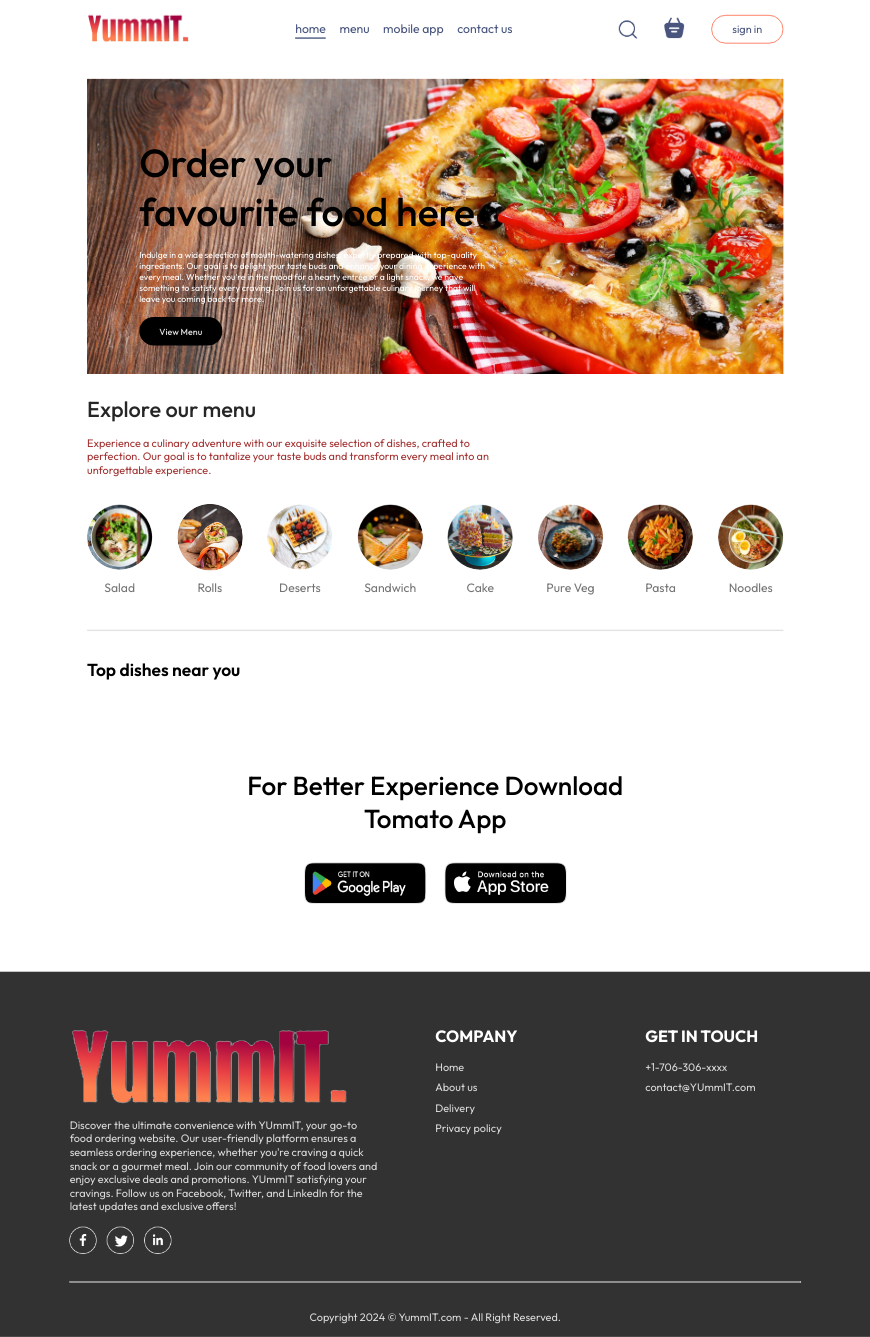
Repository: RiteshDumpala/FoodDelivery_website
Page: / (app in food-del/frontend/)
The author's editor kept a copy of each file at every save. The page is drawn from the files as they stood at one save, then again after the next save.
The browser window is 1280 px wide. The pictures show the whole page, at 68% of full size.
The page's requests for data from a server got no answer. The project was rebuilt for these pictures with package versions that can differ from the ones it lists, and the page was loaded fresh each time. No one was signed in, and anything a server would have sent is missing. Also part of the build but not shown: food-del/frontend/vite.config.js, food-del/frontend/src/components/FoodItem/FoodItem.css, food-del/frontend/src/components/FoodItem/FoodItem.jsx, food-del/frontend/src/pages/Cart/Cart.css, food-del/frontend/src/pages/Cart/Cart.jsx, food-del/frontend/src/components/LoginPopup/LoginPopup.css, food-del/frontend/src/components/LoginPopup/LoginPopup.jsx, food-del/frontend/src/pages/PlaceOrder/PlaceOrder.css and 5 more.

Above is the page before, as saved 2024-12-02 13:23:09.

### food-del/frontend/index.html
<!doctype html>
<html lang="en">
  <head>
    <meta charset="UTF-8" />
    <link rel="icon" type="image/svg+xml" href="/vite.svg" />
    <meta name="viewport" content="width=device-width, initial-scale=1.0" />
    <title>YummIT</title>
  </head>
  <body>
    <div id="root"></div>
    <script type="module" src="/src/main.jsx"></script>
  </body>
</html>

### food-del/frontend/src/Context/StoreContext.jsx
import { createContext, useEffect, useState } from "react";
import { food_list, menu_list } from "../assets/assets";
import axios from "axios";
export const StoreContext = createContext(null);

const StoreContextProvider = (props) => {

    const url = "http://localhost:4000"
    const [food_list, setFoodList] = useState([]);
    const [cartItems, setCartItems] = useState({});
    const [token, setToken] = useState("")
    const currency = "$";
    const deliveryCharge = 5;

    const addToCart = async (itemId) => {
        if (!cartItems[itemId]) {
            setCartItems((prev) => ({ ...prev, [itemId]: 1 }));
        }
        else {
            setCartItems((prev) => ({ ...prev, [itemId]: prev[itemId] + 1 }));
        }
        if (token) {
            await axios.post(url + "/api/cart/add", { itemId }, { headers: { token } });
        }
    }

    const removeFromCart = async (itemId) => {
        setCartItems((prev) => ({ ...prev, [itemId]: prev[itemId] - 1 }))
        if (token) {
            await axios.post(url + "/api/cart/remove", { itemId }, { headers: { token } });
        }
    }

    const getTotalCartAmount = () => {
        let totalAmount = 0;
        for (const item in cartItems) {
            try {
              if (cartItems[item] > 0) {
                let itemInfo = food_list.find((product) => product._id === item);
                totalAmount += itemInfo.price * cartItems[item];
            }
            } catch (error) {

            }

        }
        return totalAmount;
    }

    const fetchFoodList = async () => {
        const response = await axios.get(url + "/api/food/list");
        setFoodList(response.data.data)
    }

    const loadCartData = async (token) => {
        const response = await axios.post(url + "/api/cart/get", {}, { headers: token });
        setCartItems(response.data.cartData);
    }

    useEffect(() => {
        async function loadData() {
            await fetchFoodList();
            if (localStorage.getItem("token")) {
                setToken(localStorage.getItem("token"))
                await loadCartData({ token: localStorage.getItem("token") })
            }
        }
        loadData()
    }, [])

    const contextValue = {
        url,
        food_list,
        menu_list,
        cartItems,
        addToCart,
        removeFromCart,
        getTotalCartAmount,
        token,
        setToken,
        loadCartData,
        setCartItems,
        currency,
        deliveryCharge
    };

    return (
        <StoreContext.Provider value={contextValue}>
            {props.children}
        </StoreContext.Provider>
    )

}

export default StoreContextProvider;

### food-del/frontend/src/components/Footer/Footer.jsx
import React from 'react'
import './Footer.css'
import { assets } from '../../assets/assets'

const Footer = () => {
  return (
    <div className='footer' id='footer'>
      <div className="footer-content">
        <div className="footer-content-left">
            <img src={assets.logo} alt="" />
            <p>Discover the ultimate convenience with YUmmIT, your go-to food ordering website. Our user-friendly platform ensures a seamless ordering experience, whether you're craving a quick snack or a gourmet meal. Join our community of food lovers and enjoy exclusive deals and promotions. YUmmIT satisfying your cravings.
            Follow us on Facebook, Twitter, and LinkedIn for the latest updates and exclusive offers!
            </p>
            <div className="footer-social-icons">
                <img src={assets.facebook_icon} alt="" />
                <img src={assets.twitter_icon} alt="" />
                <img src={assets.linkedin_icon} alt="" />
            </div>
        </div>
        <div className="footer-content-center">
            <h2>COMPANY</h2>
            <ul>
                <li>Home</li>
                <li>About us</li>
                <li>Delivery</li>
                <li>Privacy policy</li>
            </ul>
        </div>
        <div className="footer-content-right">
            <h2>GET IN TOUCH</h2>
            <ul>
                <li>+1-706-306-xxxx</li>
                <li>contact@YUmmIT.com</li>
            </ul>
        </div>
      </div>
      <hr />
      <p className="footer-copyright">Copyright 2024 © YummIT.com - All Right Reserved.</p>
    </div>
  )
}

export default Footer

### food-del/frontend/src/components/Navbar/Navbar.jsx
import React, { useContext, useEffect, useState } from 'react'
import './Navbar.css'
import { assets } from '../../assets/assets'
import { Link, useNavigate } from 'react-router-dom'
import { StoreContext } from '../../Context/StoreContext'

const Navbar = ({ setShowLogin }) => {

  const [menu, setMenu] = useState("home");
  const { getTotalCartAmount, token ,setToken } = useContext(StoreContext);
  const navigate = useNavigate();

  const logout = () => {
    localStorage.removeItem("token");
    setToken("");
    navigate('/')
  }

  return (
    <div className='navbar'>
      <Link to='/'><img className='logo' src={assets.logo} alt="" /></Link>
      <ul className="navbar-menu">
        <Link to="/" onClick={() => setMenu("home")} className={`${menu === "home" ? "active" : ""}`}>home</Link>
        <a href='#explore-menu' onClick={() => setMenu("menu")} className={`${menu === "menu" ? "active" : ""}`}>menu</a>
        <a href='#app-download' onClick={() => setMenu("mob-app")} className={`${menu === "mob-app" ? "active" : ""}`}>mobile app</a>
        <a href='#footer' onClick={() => setMenu("contact")} className={`${menu === "contact" ? "active" : ""}`}>contact us</a>
      </ul>
      <div className="navbar-right">
        <img src={assets.search_icon} alt="" />
        <Link to='/cart' className='navbar-search-icon'>
          <img src={assets.basket_icon} alt="" />
          <div className={getTotalCartAmount() > 0 ? "dot" : ""}></div>
        </Link>
        {!token ? <button onClick={() => setShowLogin(true)}>sign in</button>
          : <div className='navbar-profile'>
            <img src={assets.profile_icon} alt="" />
            <ul className='navbar-profile-dropdown'>
              <li onClick={()=>navigate('/myorders')}> <img src={assets.bag_icon} alt="" /> <p>Orders</p></li>
              <hr />
              <li onClick={logout}> <img src={assets.logout_icon} alt="" /> <p>Logout</p></li>
            </ul>
          </div>
        }

      </div>
    </div>
  )
}

export default Navbar

### food-del/frontend/src/components/Header/Header.jsx
import React from 'react'
import './Header.css'

const Header = () => {
    return (
        <div className='header'>
            <div className='header-contents'>
                <h2>Order your favourite food here</h2>
                <p>Indulge in a wide selection of mouth-watering dishes, expertly prepared with top-quality ingredients. Our goal is to delight your taste buds and enhance your dining experience with every meal. Whether you're in the mood for a hearty entrée or a light snack, we have something to satisfy every craving. Join us for an unforgettable culinary journey that will leave you coming back for more.</p>
                <button>View Menu</button>
            </div>
        </div>
    )
}

export default Header

### food-del/frontend/src/components/ExploreMenu/ExploreMenu.jsx
import React, { useContext } from 'react'
import './ExploreMenu.css'
import { StoreContext } from '../../Context/StoreContext'

const ExploreMenu = ({category,setCategory}) => {

  const {menu_list} = useContext(StoreContext);

  return (
    <div className='explore-menu' id='explore-menu'>
      <h1>Explore our menu</h1>
      <p className='explore-menu-text'>Experience a culinary adventure with our exquisite selection of dishes, crafted to perfection. Our goal is to tantalize your taste buds and transform every meal into an unforgettable experience.</p>
      <div className="explore-menu-list">
        {menu_list.map((item,index)=>{
            return (
                <div onClick={()=>setCategory(prev=>prev===item.menu_name?"All":item.menu_name)} key={index} className='explore-menu-list-item'>
                    <img src={item.menu_image} className={category===item.menu_name?"active":""} alt="" />
                    <p>{item.menu_name}</p>
                </div>
            )
        })}
      </div>
      <hr />
    </div>
  )
}

export default ExploreMenu

### food-del/frontend/src/components/FoodDisplay/FoodDisplay.jsx
import React, { useContext } from 'react'
import './FoodDisplay.css'
import FoodItem from '../FoodItem/FoodItem'
import { StoreContext } from '../../Context/StoreContext'

const FoodDisplay = ({category}) => {

  const {food_list} = useContext(StoreContext);

  return (
    <div className='food-display' id='food-display'>
      <h2>Top dishes near you</h2>
      <div className='food-display-list'>
        {food_list.map((item)=>{
          if (category==="All" || category===item.category) {
            return <FoodItem key={item._id} image={item.image} name={item.name} desc={item.description} price={item.price} id={item._id}/>
          }
        })}
      </div>
    </div>
  )
}

export default FoodDisplay

### food-del/frontend/src/components/Footer/Footer.css
.footer{
    color: #D9D9D9;
    background-color: #323232;
    display: flex;
    flex-direction: column;
    align-items: center;
    gap: 20px;
    padding: 20px 8vw;
    padding-top: 80px;
}
.footer-content{
    width: 100%;
    display: grid;
    grid-template-columns: 2fr 1fr 1fr;
    gap: 80px;
}
.footer-content-left , .footer-content-center , .footer-content-right {
    display: flex;
    flex-direction: column;
    align-items: start;
    gap: 20px;
}
.footer-content-left ul li, .footer-content-center ul li, .footer-content-right ul li{
    margin-bottom: 10px;
    list-style: none;
}
.footer-content-left h2, .footer-content-center h2, .footer-content-right h2{
    color: white;
}
.footer-social-icons img{
    width: 40px;
}
.footer-social-icons{
    display: flex;
    gap: 15px;
}
.footer li{
    cursor: pointer;
}
.footer hr{
    width: 100%;
    height: 2px;
    margin: 20px 0px;
}
@media (max-width:750px) {
    .footer-content{
        display: flex;
        flex-direction: column;
        gap: 35px;
    }
    .footer-copyright{
        text-align: center;
    }
}

### food-del/frontend/src/components/Navbar/Navbar.css
.navbar {
    padding: 20px 0px;
    display: flex;
    justify-content: space-between;
    align-items: center;
}

.navbar .logo {
    width: 150px;
}

.navbar-menu {
    display: flex;
    list-style: none;
    gap: 20px;
    color: #49557E;
    font-size: 18px;
}

.navbar-menu .active {
    padding-bottom: 2px;
    border-bottom: 2px solid #49557E;
}

.navbar-right {
    display: flex;
    align-items: center;
    gap: 40px;
}

.navbar-search-icon{
position: relative;
}

.navbar-search-icon .dot{
    position: absolute;
    min-width: 10px;
    min-height: 10px;
    background-color: #FF4C24;
    border-radius: 5px;
    top: -8px;
    right: -8px;
}

.navbar-right button {
    background: transparent;
    font-size: 16px;
    color: #49557E;
    border: 1px solid #FF4C24;
    padding: 10px 30px;
    border-radius: 50px;
    cursor: pointer;
    transition: 0.3s;
}

.navbar-right button:hover {
    background: #fff4f2;
}

.navbar-profile{
    position: relative;

}
.navbar-profile-dropdown{
    position: absolute;
    display: none;
    right: 0;
    z-index: 1;
}
.navbar-profile-dropdown li{
    display: flex;
    align-items: center;
    gap: 10px;
    cursor: pointer;
}
.navbar-profile-dropdown img{
    width: 20px;
}
.navbar-profile-dropdown li:hover{
    color: #FF4C24;
}
.navbar-profile:hover .navbar-profile-dropdown{
    display: flex;
    flex-direction: column;
    gap: 10px;
    background-color: #fff2ef;
    padding: 12px 25px;
    border-radius: 4px;
    border: 1px solid tomato;
    outline: 2px solid white;
    list-style: none;
}
.navbar-profile hr{
    background-color: gray;
    height: 1px;
    border: none;
}
@media (max-width:1050px) {
    .navbar .logo {
        width: 140px;
    }

    .navbar-menu {
        gap: 20px;
        font-size: 17px;
    }

    .navbar-right {
        gap: 30px;
    }

    .navbar-right img {
        width: 22px;
    }

    .navbar-right button {
        padding: 8px 25px;
    }
}

@media (max-width:900px) {
    .navbar .logo {
        width: 120px;
    }

    .navbar-menu {
        gap: 15px;
        font-size: 16px;
    }

    .navbar-right {
        gap: 20px;
    }

    .navbar-right img {
        width: 20px;
    }

    .navbar-right button {
        font-size: 15px;
        padding: 7px 20px;
    }
}

@media (max-width:750px) {
    .navbar-menu {
        display: none;
    }
}

### food-del/frontend/src/components/Header/Header.css
.header{
    height: 34vw;
    margin: 30px auto;
    background: url('/header_img.png') no-repeat;
    background-size:contain;
    position: relative;
}
.header-contents{
    position: absolute;
    display: flex;
    flex-direction: column;
    align-items: start;
    gap: 1.5vw;
    max-width: 50%;
    bottom: 10%;
    left: 6vw;
    animation: fadeIn 3s;
}
.header-contents h2{
    font-weight:500;
    color: black;
    font-size: max(4.5vw,22px);
}
.header-contents p{
    color: white;
    font-size: 1vw;
}
.header-contents button{
    border: none;
    color: #dadada;
    font-weight: 500;
    padding: 1vw 2.3vw;
    background: black;
    font-size: max(1vw,13px);
    border-radius: 50px;
}
@media (max-width:1050px) {
    .header{
        height: 38vw;
    }
    .header-contents{
        max-width: 45%;
    }
}
@media(max-width:750px){
    .header-contents{
        max-width: 55%;
    }
    .header-contents p{
       display: none;
    }
    .header-contents button{
        padding: 2vw 4vw;
    }
}

### food-del/frontend/src/components/ExploreMenu/ExploreMenu.css
.explore-menu{
    display: flex;
    flex-direction: column;
    gap: 20px;
}
.explore-menu h1{
    color: #262626;
    font-weight: 500;
}
.explore-menu-text{
    max-width: 60%;
    color: #a33333;
}
.explore-menu-list{
    display: flex;
    justify-content: space-between;
    align-items: center;
    gap: 30px;
    text-align: center;
    margin: 20px 0px;
    overflow-x: scroll;
}
.explore-menu-list::-webkit-scrollbar{
    display: none;
}
.explore-menu-list-item img{
    width: 7.5vw;
    min-width: 80px;
    cursor: pointer;
    border-radius: 50%;
    transition: 0.2s;
}
.explore-menu-list-item .active{
    border: 4px solid tomato;
    padding: 2px;
}
.explore-menu-list-item p{
    margin-top: 10px;
    color: #747474;
    font-size: max(1.4vw,16px);
    cursor: pointer;
}
.explore-menu hr{
    margin: 10px 0px;
    height: 2px;
    background-color: #E2E2E2;
    border: none;
}
@media (max-width:1050px) {
    .explore-menu-text{
        max-width: 100%;
        font-size: 14px;
    }
}

Loaded but not shown: food-del/frontend/src/main.jsx (common file); food-del/frontend/src/App.jsx (common file); food-del/frontend/src/index.css (common file); food-del/frontend/src/pages/Home/Home.jsx (common file); food-del/frontend/src/components/AppDownload/AppDownload.jsx (common file); food-del/frontend/src/components/FoodDisplay/FoodDisplay.css (common file); food-del/frontend/src/components/AppDownload/AppDownload.css (common file); food-del/frontend/src/assets/assets.js (354 lines, source omitted)

After the next save:
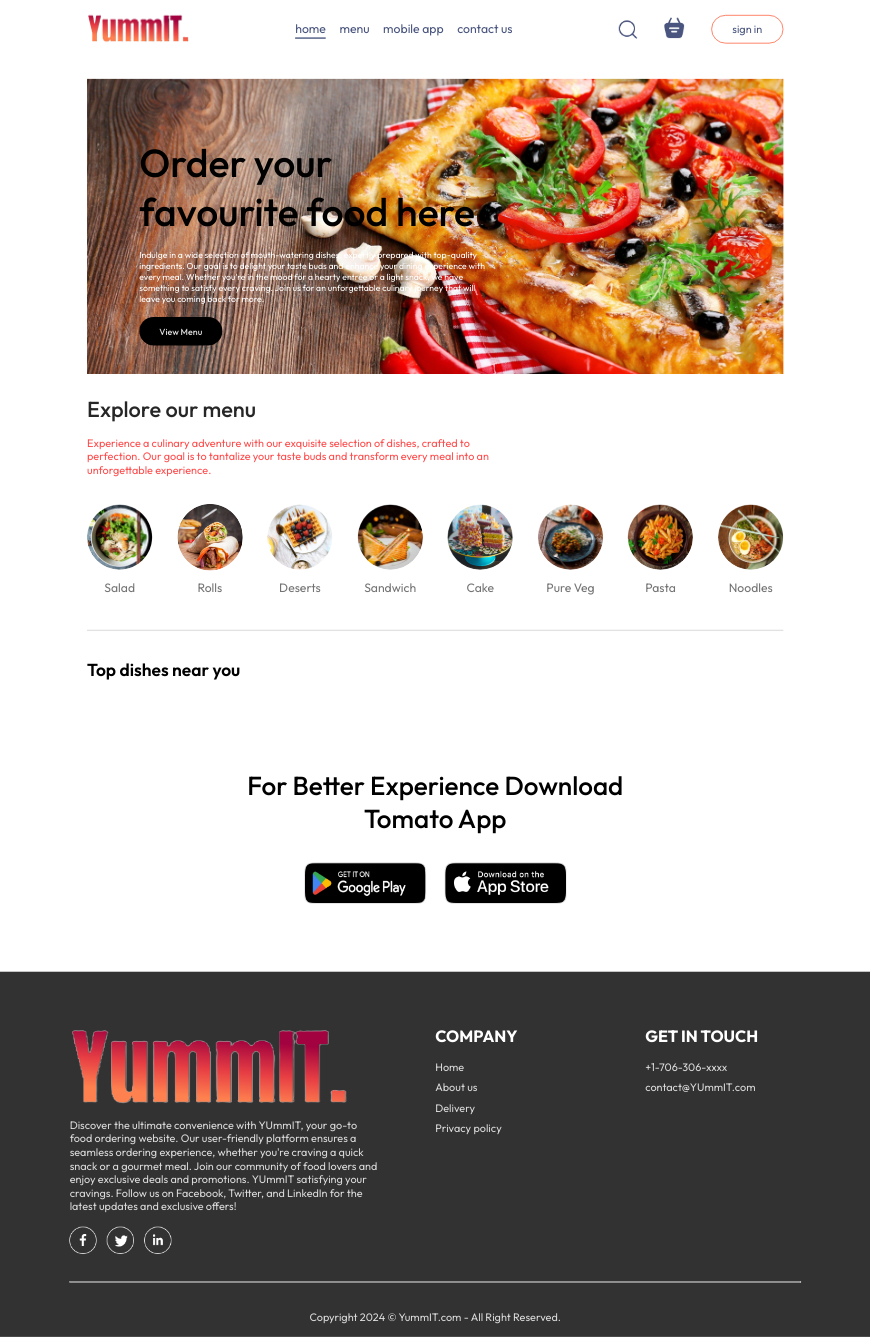
Saved 20 s later.
--- a/food-del/frontend/src/components/ExploreMenu/ExploreMenu.css
+++ b/food-del/frontend/src/components/ExploreMenu/ExploreMenu.css
@@ -9,7 +9,7 @@
 }
 .explore-menu-text{
     max-width: 60%;
-    color: #a33333;
+    color: #ff4e4e;
 }
 .explore-menu-list{
     display: flex;

After the save that followed:
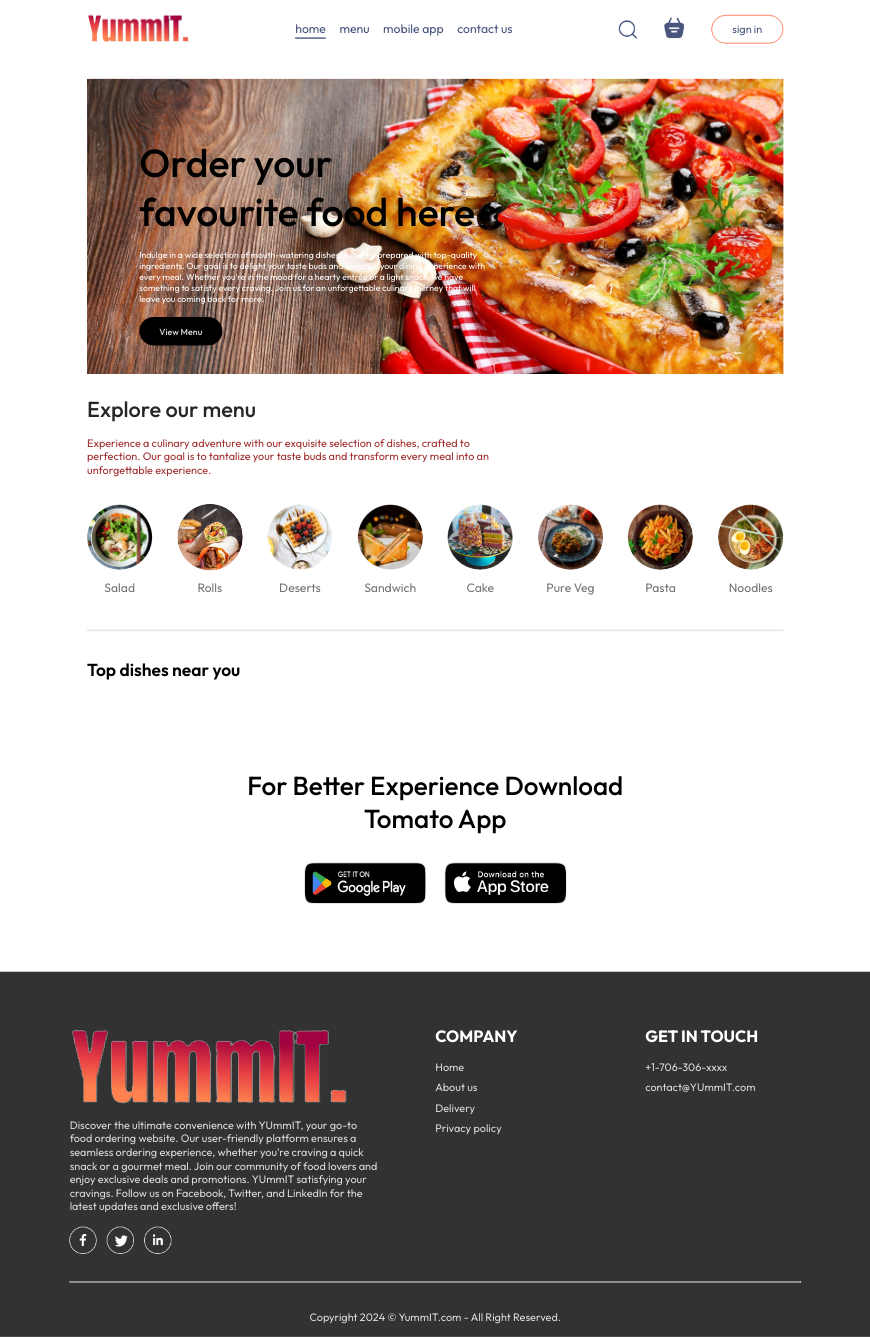
Saved 22 s later.
--- a/food-del/frontend/src/components/ExploreMenu/ExploreMenu.css
+++ b/food-del/frontend/src/components/ExploreMenu/ExploreMenu.css
@@ -9,7 +9,7 @@
 }
 .explore-menu-text{
     max-width: 60%;
-    color: #ff4e4e;
+    color: #a13030;
 }
 .explore-menu-list{
     display: flex;
